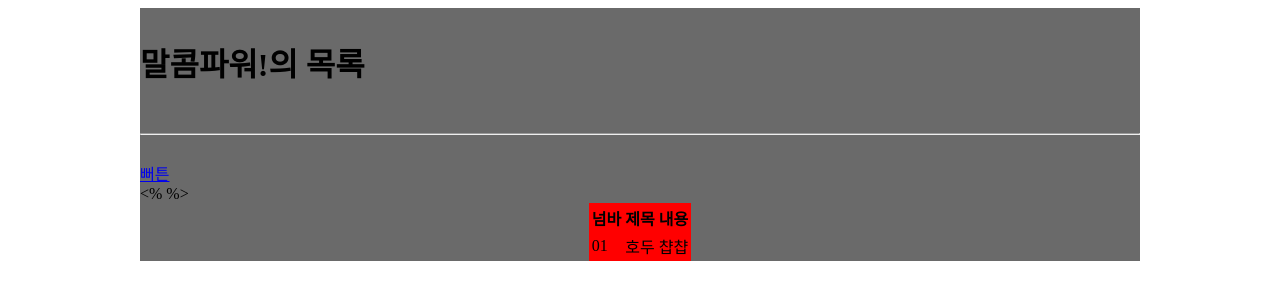
Repository: odasd/Ark-html
Page: 20200412/cafe/WebContent/ex01.html
An editor plug-in stored every save of this project. The page is shown before and after the next save, followed by the edit.
The browser window is 1280 px wide. The pictures show the whole page.

Above is the page before, as saved 2020-04-12 05:33:58.

### 20200412/cafe/WebContent/ex01.html
<!DOCTYPE html>
<html>
<head>
	<meta charset="UTF-8">
	<title>말콤의 은밀한 이중생활</title>
	<style>
		* {font-family:"배달의민족 주아"}
		#page {background:#6a6a6a; width:1000px; padding-top:10px; margin:auto;}
		table {background:red; margin:auto;}

	</style>
</head>
<body>
	<div id="page">
		<h1>말콤파워!의 목록</h1>
		<br>
		<hr>
		<br>
		<a href="#">뻐튼</a>
		<div id="content">
			<table>
				<tr class="tr">
					<th>넘바</th>
					<th>제목</th>
					<th>내용</th>
				</tr>

<%
				<tr class="td">
					<td>01</td>
					<td>호두</td>
					<td>챱챱</td>
				</tr>

%>
			</table>
		</div>
	</div>
</body>
</html>

After the next save:
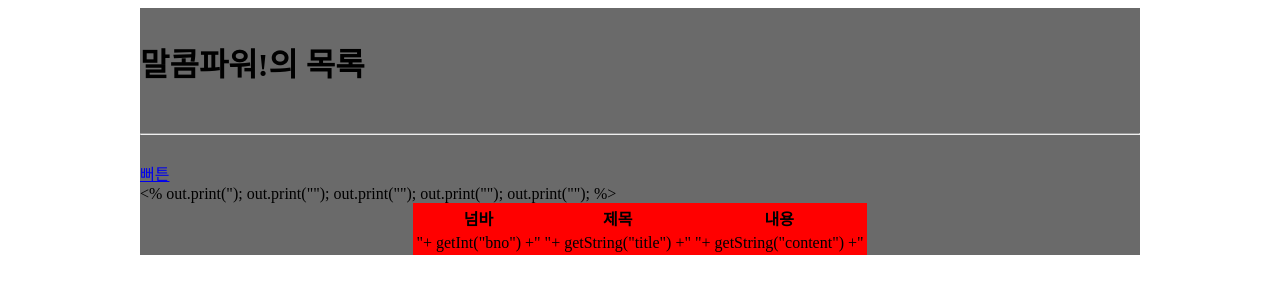
Saved 5 min 8 s later.
--- a/20200412/cafe/WebContent/ex01.html
+++ b/20200412/cafe/WebContent/ex01.html
@@ -26,13 +26,13 @@
 				</tr>
 
 <%
-				<tr class="td">
-					<td>01</td>
-					<td>호두</td>
-					<td>챱챱</td>
-				</tr>
+				out.print("<tr class='td'">);
+					out.print("<td>"+ getInt("bno") +"</td>");
+					out.print("<td>"+ getString("title") +"</td>");
+					out.print("<td>"+ getString("content") +"</td>");
+				out.print("</tr>");
+%>
 
-%>
 			</table>
 		</div>
 	</div>
